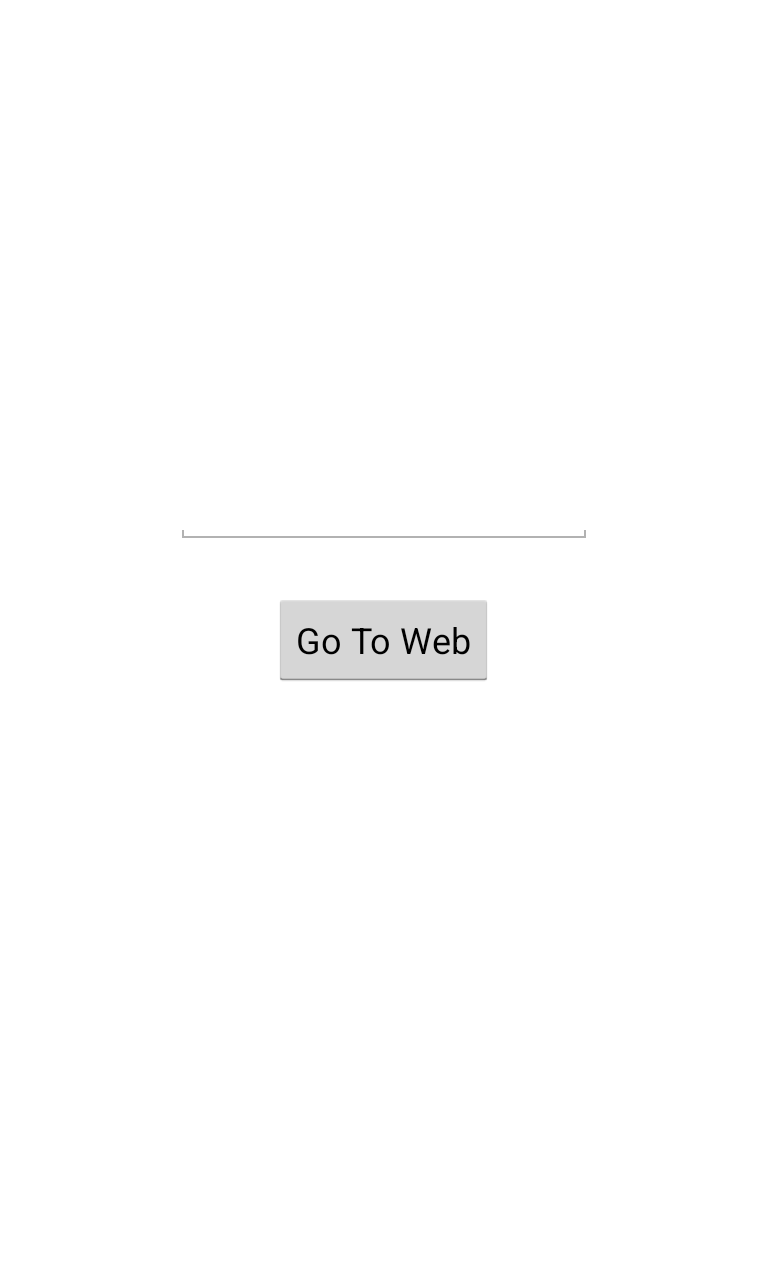
Repository: jemcphe/MDF3
Layout: Week1 Launcher/MyLauncher/res/layout/activity_main.xml
These files come from the project's save history. The layout is drawn as it stood at one moment and after the next save; the edit follows.
It is drawn on a 768 x 1280 px phone screen (xhdpi) without system bars, with theme AppTheme; the app's code is not run.

Above is the layout before, as saved 2013-07-12 02:21:02.

### Week1 Launcher/MyLauncher/res/layout/activity_main.xml
<RelativeLayout xmlns:android="http://schemas.android.com/apk/res/android"
    xmlns:tools="http://schemas.android.com/tools"
    android:layout_width="match_parent"
    android:layout_height="match_parent"
    android:paddingBottom="@dimen/activity_vertical_margin"
    android:paddingLeft="@dimen/activity_horizontal_margin"
    android:paddingRight="@dimen/activity_horizontal_margin"
    android:paddingTop="@dimen/activity_vertical_margin"
    tools:context=".MainActivity" >

    <EditText
        android:id="@+id/urlField"
        android:layout_width="wrap_content"
        android:layout_height="wrap_content"
        android:layout_above="@+id/webButton"
        android:layout_centerHorizontal="true"
        android:layout_marginBottom="23dp"
        android:ems="10" />

    <Button
        android:id="@+id/webButton"
        android:layout_width="wrap_content"
        android:layout_height="wrap_content"
        android:layout_centerHorizontal="true"
        android:layout_centerVertical="true"
        android:text="Go To Web"
        android:onClick="startIntent" />

</RelativeLayout>

Loaded but not shown: Week1 Launcher/MyLauncher/res/values/styles.xml (common file); Week1 Launcher/MyLauncher/res/values-v11/styles.xml (common file); Week1 Launcher/MyLauncher/res/values-v14/styles.xml (common file); Week1 Launcher/MyLauncher/res/values/dimens.xml (common file)

After the next save:
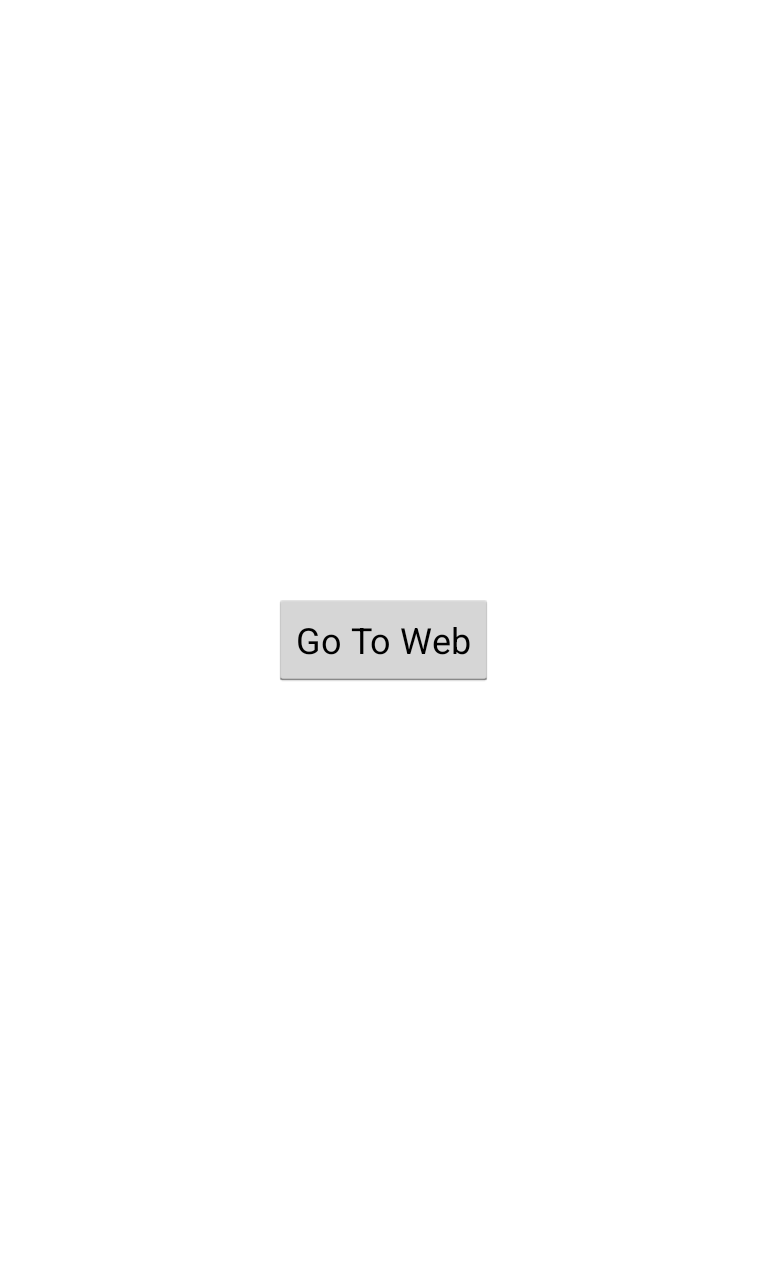
Saved 68 s later.
--- a/Week1 Launcher/MyLauncher/res/layout/activity_main.xml
+++ b/Week1 Launcher/MyLauncher/res/layout/activity_main.xml
@@ -7,15 +7,6 @@
     android:paddingRight="@dimen/activity_horizontal_margin"
     android:paddingTop="@dimen/activity_vertical_margin"
     tools:context=".MainActivity" >
-
-    <EditText
-        android:id="@+id/urlField"
-        android:layout_width="wrap_content"
-        android:layout_height="wrap_content"
-        android:layout_above="@+id/webButton"
-        android:layout_centerHorizontal="true"
-        android:layout_marginBottom="23dp"
-        android:ems="10" />
 
     <Button
         android:id="@+id/webButton"
